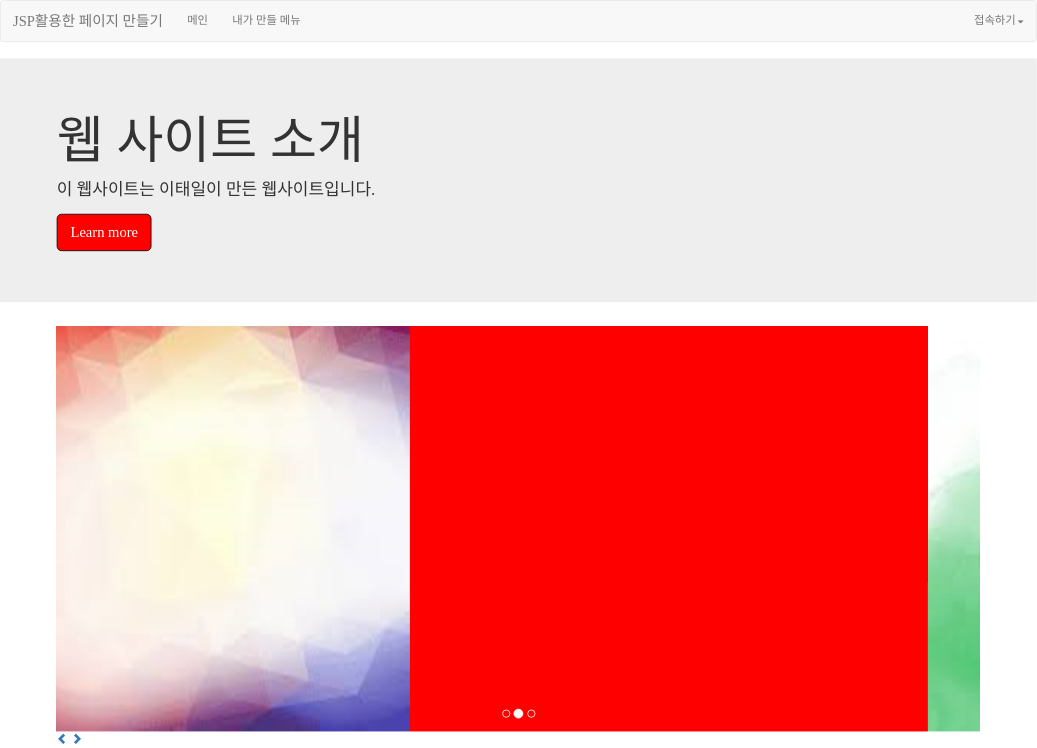
Repository: taeillee1/Newstudy
Page: http://localhost/SpringMVCJava/WEB-INF/views/mainpage.jsp
The author's editor kept a copy of each file at every save. The page is drawn from the files as they stood at one save, then again after the next save.
The browser window is 1280 px wide. The pictures show the whole page, at 81% of full size.
Some web fonts or font styles are not loaded; a fallback is used. Some web libraries are served in a nearby version. The page is served by Tomcat 9. Nobody is signed in. Other server files are loaded and not shown. The template is opened directly, without the code that normally fills it, so the values that code supplies are empty.

Above is the page before, as saved 2022-01-08 10:41:00.

### Newpage/SpringMVCJava/src/main/webapp/WEB-INF/views/mainpage.jsp
<%@ page language="java" contentType="text/html; charset=UTF-8"
    pageEncoding="UTF-8"%>
<%@ page import="java.io.PrintWriter" %>
<!DOCTYPE html>
<html>
<head>
<meta http-equiv="Content-Type" content="text/html; charset=UTF-8">
<meta name="viewport" content="width=device-width",initial-scale="1">
<link rel="stylesheet" type="text/css" href="https://stackpath.bootstrapcdn.com/bootstrap/3.1.1/css/bootstrap.min.css">
<link rel="stylesheet" type="text/css" href="css/onlymine.css">
<title>Insert title here</title>
<style>
	.hi{
		background-color:yellow;
		font-size:30px;
	}
</style>
</head>
<body>
	<%
		String userID=null;
		if(session.getAttribute("userID") != null){
			userID=(String)session.getAttribute("userID");
		}
	%>
	<nav class="navbar navbar-default">
		<div class="navbar-header">
			<a class="navbar-brand" href ="mainpage">JSP활용한 페이지 만들기</a>
			<button type="button" class="navbar-toggle collapsed" data-toggle="collapse"
			data-target="#bs-example-navbar-collapse-1" aria-expanded="false"> <!-- collapse는 숨기기 기능  -->
				<span class="icon-bar"></span>
				<span class="icon-bar"></span>
				<span class="icon-bar"></span>

			</button>
		</div>
		<div class="collapse navbar-collapse" id =bs-example-navbar-collapse-1>
			<ul class="nav navbar-nav">
				<li><a href="mainpage">메인</a></li>
				<li><a href="Mymenu">내가 만들 메뉴</a></li>
			</ul>

			<%
			if(userID==null){
			%>
			<ul class="nav navbar-nav navbar-right">
				<li class="dropdown">
					<a href="#" class="dropdown-toggle" data-toggle="dropdown" role="button" aria-haspopup="true"
					aria-expanded="false">접속하기<span class="caret"></span></a>
					<ul class="dropdown-menu">
						<li><a href="login">로그인</a></li>
						<li><a href="join">회원가입</a></li>
					</ul>
				</li>
			</ul>
			<%
				}else{
			%>
			<ul class="nav navbar-nav navbar-right">
				<li class="dropdown">
					<a href="#" class="dropdown-toggle" data-toggle="dropdown" role="button" aria-haspopup="true"
					aria-expanded="false">회원관리<span class="caret"></span></a>
					<ul class="dropdown-menu">
						<li class="hi"><a href="#"><%= userID %></a></li>
						<li><a href="logoutAction">로그아웃</a></li>

					</ul>
				</li>
			</ul>
			<%
				}
			%>

		</div>
	</nav>
	<div class="jumbotron">
		<div class="container">
			<h1>웹 사이트 소개</h1>
			<p>이 웹사이트는 이태일이 만든 웹사이트입니다.</p>
			<p><a class="btn btn-primary btn-lg" href="#" role="button" style = "background-color: red; border-color:black;">Learn more</a></p>
		</div>
	</div>
	<div class="container">
		<div id="myCarousel" class="carousel slide" data-ride="carousel">
		  <ol class="carousel-indicators">
			    <li data-target="#myCarousel" data-slide-to="0" class="active"></li>
			    <li data-target="#myCarousel" data-slide-to="1"></li>
			    <li data-target="#myCarousel" data-slide-to="2"></li>
		  </ol>
		  <div class="carousel-inner">
		    	<div class="item active" style="background-color : red;">
		      		<img src="image/im1.png" style="width:500px; height:500px;">
		    	</div>
			    <div class="item">
			      	<img src="image/im2.png" style="width:500px; height:500px;">
			    </div>
			    <div class="item">
			      	<img src="image/im3.png" style="width:500px; height:500px;">
			    </div>
			    <a class="left control-control" href="#myCarousel" role="button" data-slide="prev">
			    <span class="glyphicon glyphicon-chevron-left"></span>
		  </a>
		  <a class="right control-control" href="#myCarousel" role="button" data-slide="next">
			    <span class="glyphicon glyphicon-chevron-right"></span>
		  </a>
		  </div>

	</div>
	</div>


	<script src="http://code.jquery.com/jquery-3.1.1.min.js"></script>
	<script src="js/bootstrap.js"></script>
</body>
</html>

### Newpage/SpringMVCJava/src/main/webapp/resources/css/onlymine.css
@import url(http://fonts.googleapis.com/earlyaccess/nanumgothic.css);
@import url(http://fonts.googleapis.com/earlyaccess/hanna.css);
*{
	font-family : 'Nanum Gothic';
}
h1{
	font-family : 'Hanna';
}

Loaded but not shown: Newpage/SpringMVCJava/src/main/webapp/resources/js/bootstrap.js (library)

After the next save:
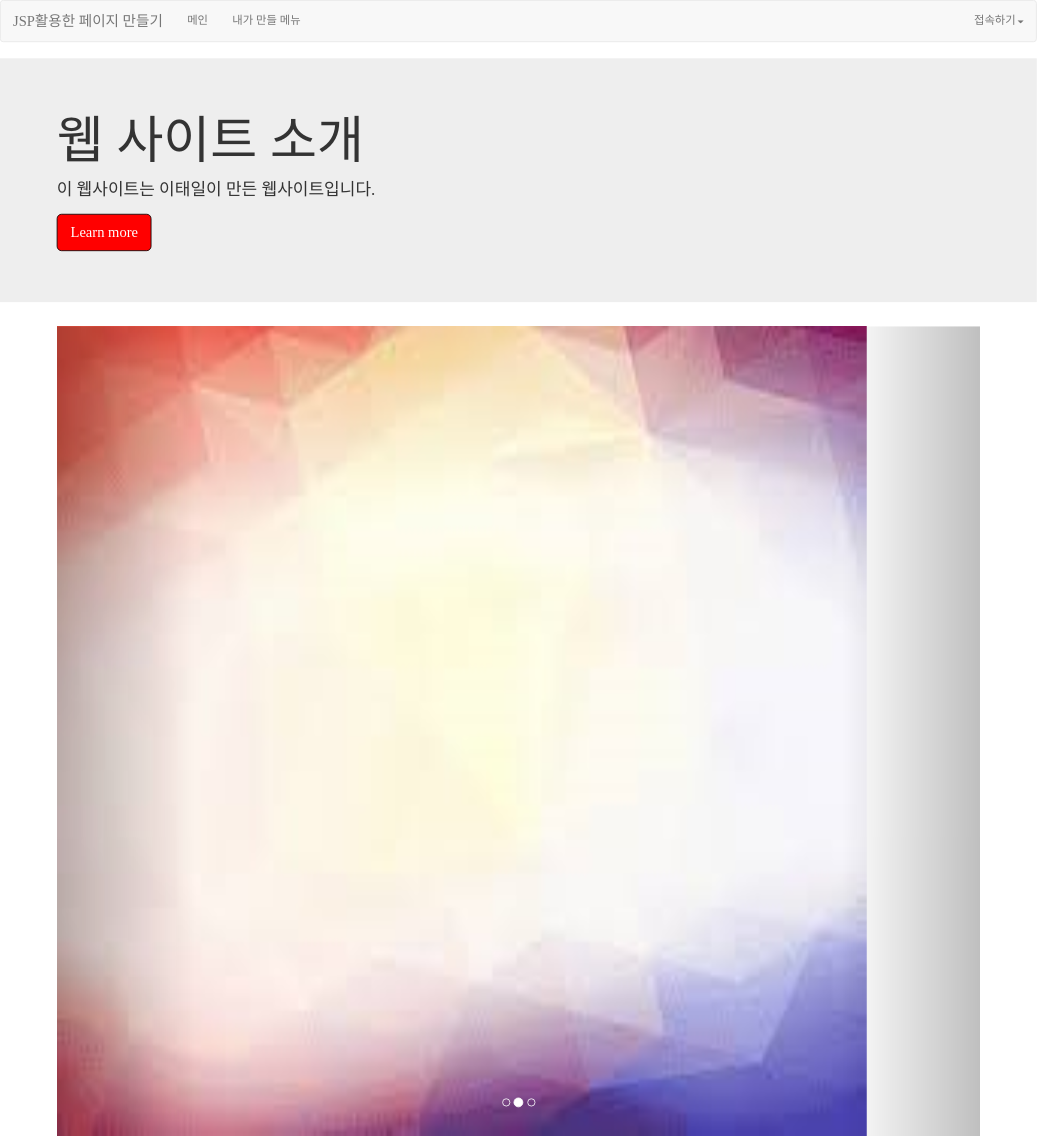
Saved 8 min 13 s later.
--- a/Newpage/SpringMVCJava/src/main/webapp/WEB-INF/views/mainpage.jsp
+++ b/Newpage/SpringMVCJava/src/main/webapp/WEB-INF/views/mainpage.jsp
@@ -81,31 +81,30 @@
 		</div>
 	</div>
 	<div class="container">
-		<div id="myCarousel" class="carousel slide" data-ride="carousel">
-		  <ol class="carousel-indicators">
-			    <li data-target="#myCarousel" data-slide-to="0" class="active"></li>
-			    <li data-target="#myCarousel" data-slide-to="1"></li>
-			    <li data-target="#myCarousel" data-slide-to="2"></li>
-		  </ol>
-		  <div class="carousel-inner">
-		    	<div class="item active" style="background-color : red;">
-		      		<img src="image/im1.png" style="width:500px; height:500px;">
-		    	</div>
-			    <div class="item">
-			      	<img src="image/im2.png" style="width:500px; height:500px;">
-			    </div>
-			    <div class="item">
-			      	<img src="image/im3.png" style="width:500px; height:500px;">
-			    </div>
-			    <a class="left control-control" href="#myCarousel" role="button" data-slide="prev">
-			    <span class="glyphicon glyphicon-chevron-left"></span>
-		  </a>
-		  <a class="right control-control" href="#myCarousel" role="button" data-slide="next">
-			    <span class="glyphicon glyphicon-chevron-right"></span>
-		  </a>
-		  </div>
-
-	</div>
+		<div id="myCarousel" class="carousel" data-ride="carousel">
+			<ol class="carousel-indicators">
+				<li data-target="#myCarousel" data-slide-to="0" class="active"></li>
+				<li data-target="#myCarousel" data-slide-to="1" class="active"></li>
+				<li data-target="#myCarousel" data-slide-to="1" class="active"></li>
+			</ol>
+			<div class="carousel-inner">
+				<div class="item active">
+					<img src="image/im1.png">
+				</div>
+				<div class="item">
+					<img src="image/im1.png">
+				</div>
+				<div class="item">
+					<img src="image/im1.png">
+				</div>
+			</div>
+			<a class="left carousel-control" href="#myCarousel" data-slide="prev">
+				<span class="glyphicon-chevron-left"></span>
+			</a>
+			<a class="right carousel-control" href="#myCarousel" data-slide="next">
+				<span class="glyphicon-chevron-left"></span>
+			</a>
+		</div>
 	</div>
 
 
